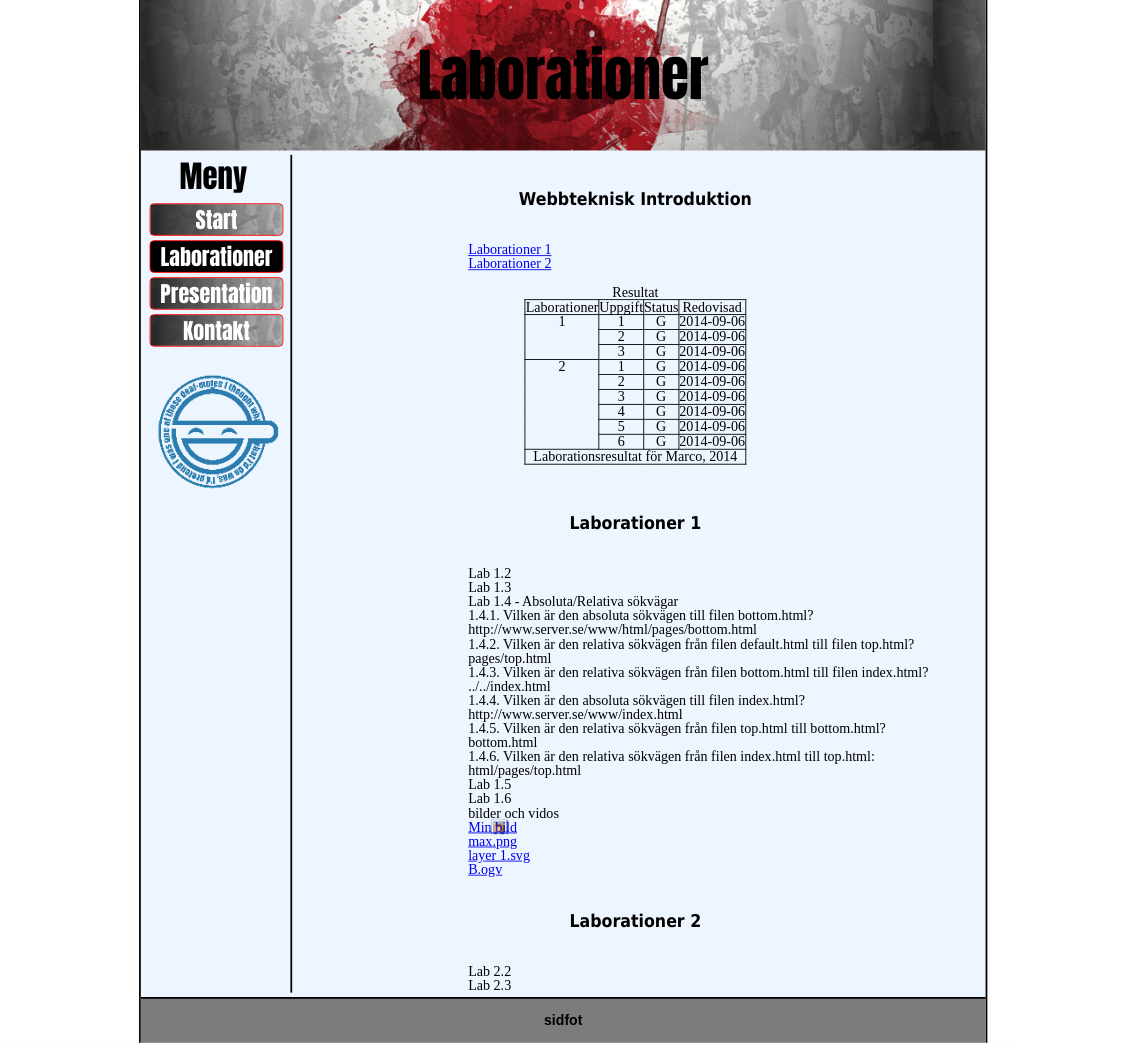
Repository: Marco30/1ik415-laborationer
Page: pages/Laborationer.html
The author's editor kept a record of every edit. The page is drawn from the files as they stood at one moment, then again after the next edit.
The browser window is 1280 px wide. The pictures show the whole page, at 88% of full size.

Above is the page before.

### pages/Laborationer.html
<!DOCTYPE html>

<html lang="sv">

<head>

	<meta charset="UTF-8"/>

	<title>Laborationer</title>

	<link href="../CSS/style.css" rel="stylesheet" type="text/css">

</head>

<body>

<div id="inramning">

	<div id="sidhuvud">

	<h1>Laborationer</h1>

	</div>

	<div id="menyruta">

        <div id="meny">

	<h4>Meny</h4>

	<ul>

		<li> <a href="../index.html">Start</a> </li>

		<li> <a href="Laborationer.html" id="active">Laborationer </a> </li>

		<li> <a href="presentation.html">Presentation</a> </li>

		<li> <a href="kontakt.html">Kontakt</a> </li>

	</ul>

	</div>

	</div>

	<div id="blogg">

	<h4>Webbteknisk Introduktion</h4>

 	<ul class="lablista"> <!--oordnad lista, punkt lista -->

		<li>

		<a href="#L1"> Laborationer 1 </a>

		</li>

		<li>

		<a href="#L2"> Laborationer 2 </a>

		</li>

  	</ul>
  	<br/>

	<table border="1"> <!--skapar en tabel-->

	<caption><h3>Resultat</h3></caption><!--tabel namn-->

		<thead><!--huvud delen i tabellen-->


			<tr> <!--skapar en horisontell linje tabellen-->

				<th>Laborationer</th> <!-- skapar en cell inom den horisontella linjen -->

				<th>Uppgift</th>

				<th>Status</th>

				<th>Redovisad</th>

			</tr>


		</thead>


		<tfoot><!--fot delen i tabellen -->

			<tr>
				<td colspan="4">Laborationsresultat för Marco, 2014</td>
			</tr>

		</tfoot>


		<tbody><!--kropp delen  i tabellen -->

			<tr>

				<td rowspan="3">1</td>

				<td>1</td> <!-- skapar en cell inom den horisontell linjen -->

				<td>G</td>

				<td>2014-09-06</td>

			</tr>

			<tr>

				<td>2</td>

				<td>G</td>

				<td>2014-09-06</td>

			</tr>

			<tr>

				<td>3</td>

				<td>G</td>

				<td>2014-09-06</td>

			</tr>

			<tr>

				<td rowspan="6">2</td>

				<td>1</td>

				<td>G</td>

				<td>2014-09-06</td>

			</tr>

			<tr>

				<td>2</td>

				<td>G</td>

				<td>2014-09-06</td>

			</tr>

			<tr>

				<td>3</td>

				<td>G</td>

				<td>2014-09-06</td>

			</tr>

			<tr>

				<td>4</td>

				<td>G</td>

				<td>2014-09-06</td>

			</tr>

			<tr>

				<td>5</td>

				<td>G</td>

				<td>2014-09-06</td>

			</tr>

			<tr>

				<td>6</td>

				<td>G</td>

				<td>2014-09-06</td>

			</tr>

		</tbody>


	</table>

	<br/>

	<a id=L1!><h4>Laborationer 1</h4></a>

  	<ol class="lablista"><!-- ordnad lista visar allt med siffror -->

 		<li>Lab 1.2</li>

   		<li>Lab 1.3</li>

   		<li>Lab 1.4 - Absoluta/Relativa sökvägar</li>

    	</ol>

	<dl class="lablista"> <!--beskrivnings lista, text lista utan numrera eller punkter      -->

   		<dt>1.4.1. Vilken är den absoluta sökvägen till filen bottom.html?</dt>
		<dd>http://www.server.se/www/html/pages/bottom.html</dd>

 		<dt>1.4.2. Vilken är den relativa sökvägen från filen default.html till filen top.html?</dt>
		<dd>pages/top.html</dd>

		<dt>1.4.3. Vilken är den relativa sökvägen från filen bottom.html till filen index.html?</dt>
		<dd>../../index.html</dd>

		<dt>1.4.4. Vilken är den absoluta sökvägen till filen index.html? </dt>
		<dd>http://www.server.se/www/index.html</dd>

		<dt>1.4.5. Vilken är den relativa sökvägen från filen top.html till bottom.html?</dt>
		<dd>bottom.html</dd>

		<dt>1.4.6. Vilken är den relativa sökvägen från filen index.html till top.html:</dt>
		<dd>html/pages/top.html</dd>

  	</dl>

  	<ol class="lablista">

    		<li>Lab 1.5</li>

    		<li>Lab 1.6</li>

    	</ol>

     	<dl class="lablista" >

   		<dt> bilder och vidos </dt>

   		<dd>

   	<a href="presentation.html#jag" id="b">Min bild</a>

    		<br/>

    		<a href="../pics/Max.png">max.png</a>

    		<br/>

    		<a href="../index.html#labyrint">layer 1.svg</a>

    		<br/>

    		<a href="../index.html#vid">B.ogv</a>

    		</dd>


	</dl>


 	<a id=L2><h4>Laborationer 2</h4></a>

 	<ol class="lablista">

  		<li>Lab 2.2</li>

 		<li>Lab 2.3</li>

  	</ol>

	</div>

	<div id="sidfot">

	<p>
	sidfot
	</p>

	</div>

</div>

</body>

</html>

### CSS/style.css
 /* http://meyerweb.com/eric/tools/css/reset/
   v2.0 | 20110126
   License: none (public domain)
*/

html, body, div, span, applet, object, iframe,
h1, h2, h3, h4, h5, h6, p, blockquote, pre,
a, abbr, acronym, address, big, cite, code,
del, dfn, em, img, ins, kbd, q, s, samp,
small, strike, strong, sub, sup, tt, var,
b, u, i, center,
dl, dt, dd, ol, ul, li,
fieldset, form, label, legend,
table, caption, tbody, tfoot, thead, tr, th, td,
article, aside, canvas, details, embed,
figure, figcaption, footer, header, hgroup,
menu, nav, output, ruby, section, summary,
time, mark, audio, video {
    margin: 0;
    padding: 0;
    border: 0;
    font-size: 100%;
    font: inherit;
    vertical-align: baseline;
}
/* HTML5 display-role reset for older browsers */
article, aside, details, figcaption, figure,
footer, header, hgroup, menu, nav, section {
    display: block;
}
body {
    line-height: 1;
}
ol, ul {
    list-style: none;
}
blockquote, q {
    quotes: none;
}
blockquote:before, blockquote:after,
q:before, q:after {
    content: '';
    content: none;
}
table {
    border-collapse: collapse;
    border-spacing: 0;
}


#inramning
{
         width:960px;
        margin:0 auto;
        background-color: #EDF5FF;
        border-left: 2px solid black;
        border-right: 2px solid black;
}


#sidhuvud /* skappar rammen längs upp, den som har sidans namn */
{

        background-image: url(pics/Max.png);
        height:171px;

}

#sidhuvud H1 /* ger H1 följande egenskaper som  alltid är bundna till sidhuvud div */
{
        font-weight: bold;
        line-height:171px;
        text-align:center;
        font-family: Impact, Charcoal, sans-serif;
        font-size: 65px;
        color:black;
}


#menyruta /* skappar rutan som menyn finns i och har alla des egenskaper som färg, bred, position m.m.*/
{
        float: left;
        width: 155px;
        height: 600px;
        margin: 5px;
        font-family: Impact, Charcoal, sans-serif;
        background-image: url(pics/fun1.png);
        background-repeat: no-repeat;
        background-position:15px 250px;


}

#menyruta H4 /* ger H1 följande egenskaper som alltid är bundna till menyruta div */
{
        line-height:50px;
        font-weight: bold;
        text-align:center;
        font-size: 35px;
}

#meny /* centerar all text i meny div*/
{
        text-align: center;

}


#meny li /* ger li följande egenskaper som alltid är bundna till meny div */
{
        margin: 5px;
        padding: 0;
        list-style: none;
}

#meny li a /* ger li a följande egenskaper som alltid är bundna till meny div */
{
        display: block;
        width: 130px;
        margin: 0;
        padding: 5px 10px 5px 10px;
        text-decoration: none;
        font-family: Impact, Charcoal, sans-serif;
        font-size: 25px;
        color: white;
        border-radius: 5px;
        border: 1px solid red;
       background: url('pics/Max.png');

}

#meny li a:hover /* ger li A följande egenskaper när mus pekaren svävar över den */
{
        padding: 5px 12px;
        color: white;
}

#meny #active /* visar vilken sida man är på i menyn genom att göra den lenken svart*/
{
        background: black;
}


#blogg
{
        float: left;
        width: 780px;
        border-left: 2px solid black;
        margin: 5px;
        text-align:center;
}

#blogg table, th, td
{
        margin-left:auto;
        margin-right:auto;
        border: 1px solid black;
}


#blogg H2
{
        font-family: Tahoma, Geneva, sans-serif;
        font-weight: bold;
        text-align:center;
        font-size: 40px;
}

#blogg H4
{
        line-height:100px;
        font-family: Tahoma, Geneva, sans-serif;
        font-weight: bold;
        text-align:center;
        font-size: 20px;
}

#blogg form
{
        text-align: left;
        background: none repeat scroll 0% 0% #CCC;
        border: 1px solid rgb(170, 57, 57);
        padding-left: 100px;
        color: rgb(170, 57, 57);
        font-size: 18px;
        font-weight: bold;
        font-family: Tahoma,Geneva,sans-serif;
        margin: 20px 50px 20px 90px;
}

#blogg form H4
{
        line-height:100px;
        font-family: Tahoma, Geneva, sans-serif;
        font-weight: bold;
        text-align:center;
        font-size: 30px;
}

#blogg input
{
        color: rgb(170, 57, 57);
        padding: 10px;
        font-family: Tahoma,Geneva,sans-serif;
        font-size: 16px;
        margin-bottom: 15px;
        margin-top: 10px;
        background-color: rgba(255, 255, 255, 0.4);
        border: 5px solid rgb(170, 57, 57);
}

#blogg select
{
        border: 5px solid #AA3939;
        padding: 10px;
        font-family: Keffeesatz,Arial;
        font-size: 14px;
        margin-bottom: 15px;
        margin-top: 10px;
        background-color: rgba(255, 255, 255, 0.4);
        color: #AA3939;
}


#blogg textarea
{
        color: #AA3939;
        background-color: rgba(255, 255, 255, 0.4);
        padding: 10px;
        font-family: Keffeesatz,Arial;
        margin-top: 10px;
        width: 450px;
        margin-bottom: 15px;
        font-size: 16px;
        border: 5px solid #AA3939;
}



#blogg P
{
        padding-left: 5%;
        font-family: ‘Lucida Sans Unicode’, ‘Lucida Grande’, sans-serif;
        font-weight: bold;
        text-align:left;
}

#sidfot
{
        clear: left;
        width: 960px;
        height: 50px;
        background-color: #7E7B7F;
        border-top: 2px solid black;

}

#sidfot P
{
        line-height:50px;
        text-align:center;
        font-family: ‘Lucida Sans Unicode’, ‘Lucida Grande’, sans-serif;
        font-weight: bold;


}


 .right /*class som   placerar objekt till höger*/
{
        float:right;
        margin: 0 0 20px 20px;
}

 .left /*class som   placerar objekt till vänster*/
{
        float:left;
        margin: 20px 520px 20px 20px;
}

.lenk /*class som   placerar objekt till vänster*/
{
        float: left;
        margin: 17px 676px 36px 155px;
        text-decoration: none;
        font-family: Verdana;
        font-size: 14px;
}

#blogg #sprite {
        width: 24px;
        height: 24px;
        background: url(pics/sprite.png) 24px -144px;
}

#blogg #sprite:hover{
        width: 24px;
        height: 24px;
        background: url(pics/sprite.png) 24px -96px;

}

#blogg #b {

  width: 24px;
  height: 24px;
   background: url('pics/sprite.png') 24px -192px;
   background-repeat:no-repeat;
}

#blogg #b:hover{
  background: url('pics/sprite.png') 24px -240px;
  width: 24px;
  height: 24px;


}


.lablista
{
        padding-left: 200px;
        text-align:left;
        padding: 5;
}


        /* CSS för utrskrift startar här ifrån */

@media print {


        /* tar bort element som man inte vill ha i utskriften */


        #menyruta, #sidfot
        {
                display: none;
                border: 0;

        }

        #inramning
        {
                background-color:none;
                border-left: none;
                border-right: none;
        }


        #blogg
        {
                border: none;
        }

        img {
                display: none;
        }


        /* gör så att man får färg på lenkar i utskriften */
        #blogg a:link, a:visited
        {
                color: #781351;
        }

        /*visar hela adressen på en lenk bredvid namnet*/
        #blogg a:after
        {
                content: " (" attr(href) ")";
                font-size: 14px 0px;
        }



}

After the next edit:
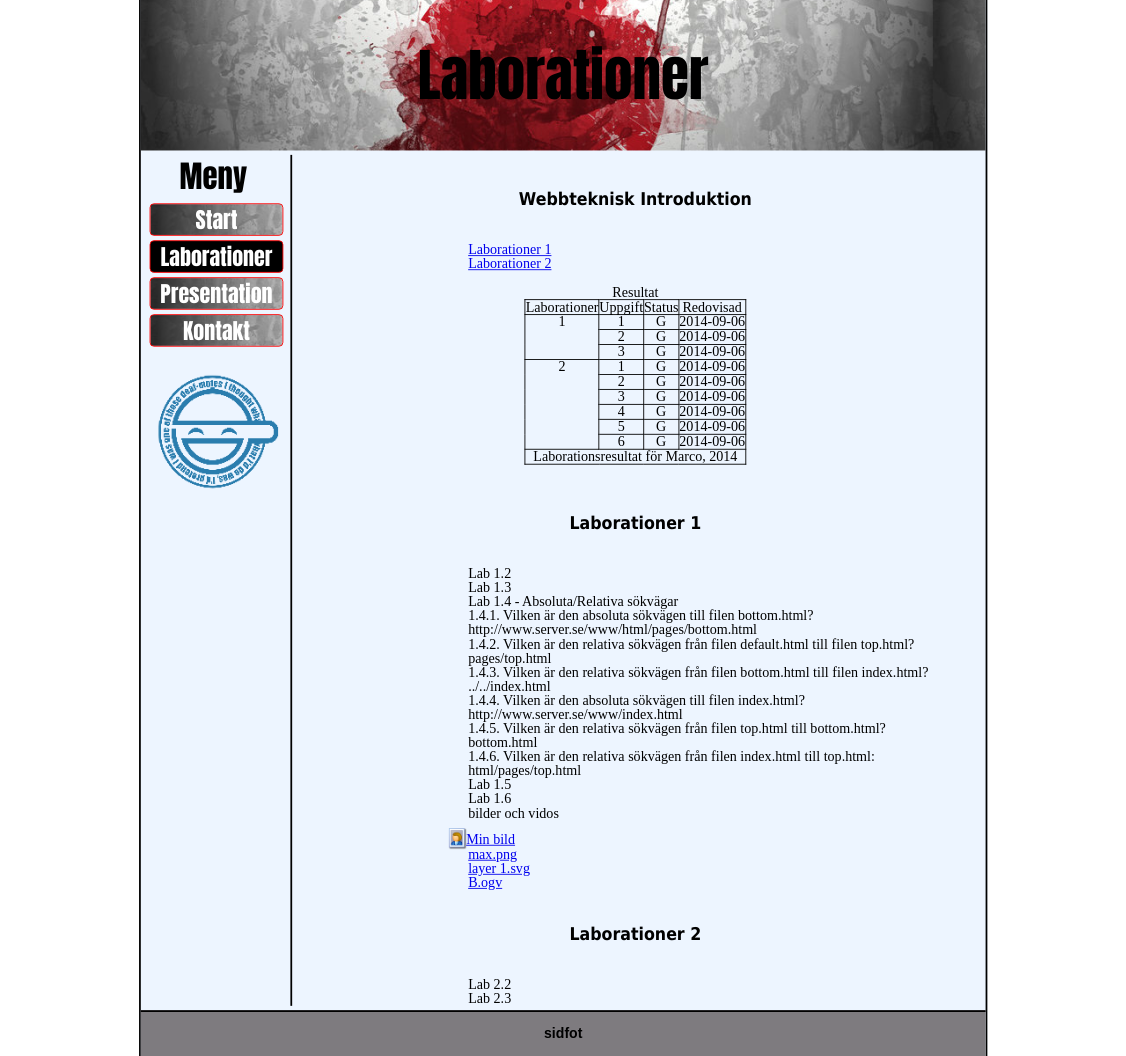
The edit:
--- a/CSS/style.css
+++ b/CSS/style.css
@@ -305,7 +305,13 @@
   width: 24px;
   height: 24px;
    background: url('pics/sprite.png') 24px -192px;
-   background-repeat:no-repeat;
+ text-align: center;
+padding: 5px 24px 3px 0px;
+display: block;
+width: 147px;
+margin: 9px 0px -26px -48px;
+background-repeat: no-repeat;
+
 }
 
 #blogg #b:hover{
